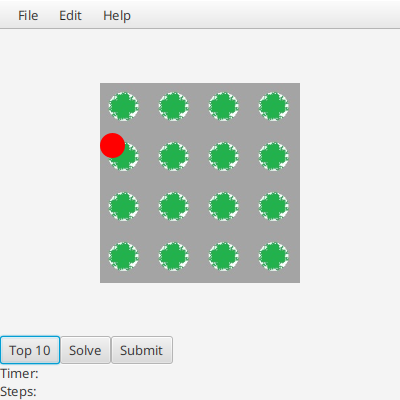
Repository: evspecktor/ptm2_5
Program's window: java eclipse-workspace1/PipeFX/src/view/Main.java
An editor plug-in stored every save of this project. The program's window is shown before and after the next save, followed by the edit.
It runs on Java 21 on a 1366 x 768 screen with JavaFX 11; the title bar is not drawn. The picture is taken after one second of simulated time with no key pressed. It also reads eclipse-workspace1/PipeFX/resources/Pipes/pipeg.jpg.

Above is the program's window before, as saved 2018-12-15 20:05:56.

### eclipse-workspace1/PipeFX/src/view/Main.java
package view;

import javafx.application.Application;
import javafx.stage.Stage;
import javafx.scene.Scene;
import javafx.scene.layout.BorderPane;
import javafx.fxml.FXMLLoader;


public class Main extends Application {
	@Override
	public void start(Stage primaryStage) {
		try {
			BorderPane root = (BorderPane)FXMLLoader.load(getClass().getResource("MainWindow.fxml"));
			Scene scene = new Scene(root,400,400);
			scene.getStylesheets().add(getClass().getResource("application.css").toExternalForm());
			primaryStage.setScene(scene);
			primaryStage.show();
		} catch(Exception e) {
			e.printStackTrace();
		}
	}

	public static void main(String[] args) {
		launch(args);
	}
}

### eclipse-workspace1/PipeFX/src/view/PipeGameDisplayer.java
package view;

import java.io.FileInputStream;
import java.io.FileNotFoundException;

import javafx.beans.property.SimpleStringProperty;
import javafx.beans.property.StringProperty;
import javafx.scene.canvas.Canvas;
import javafx.scene.canvas.GraphicsContext;
import javafx.scene.image.Image;
import javafx.scene.paint.Color;

public class PipeGameDisplayer extends Canvas{

	char[][] pipeBoard;

	char LU = '|';
	char CLD = 'L';
	char CLU= 'r';
	char CRU = '7';
	char CRD = 'J';
	char LS = '-';
	char Start = 's';
	char Goal = 'g';

	int cCol,cRow;
	int x,y;

	public PipeGameDisplayer()
	{
		picFileName = new SimpleStringProperty();
		pipeg = new SimpleStringProperty();
		cCol = 0;
		cRow = 1;
	}


	public char getPipe(int x, int y) {
		return pipeBoard[x][y];
	}


	public int getcRow() {
		return cRow;
	}

	public int getcCol() {
		return cCol;
	}

	public void setcPoition(int row, int col) {
		cRow = row;
		cCol = col;
		redraw();
	}

	private StringProperty picFileName;
	private StringProperty pipeg;

	public String getPipeg() {
		return pipeg.get();
	}


	public void setPipeg(String pipeg) {
		this.pipeg.set(pipeg);
	}

	public String getPicFileName() {
		return picFileName.get();
	}

	public void setPicFileName(String picFileName) {
		this.picFileName.set(picFileName);
	}


	public char[][] getPipeBoard() {
		return pipeBoard;
	}

	public void setPipeBoard(char[][] pipeData) {
		this.pipeBoard = pipeData;
		redraw();
	}

	public void redraw()
	{
		if (pipeBoard != null)
		{
			double W = getWidth();
			double H = getHeight();
			double w = W / pipeBoard[0].length;
			double h = H / pipeBoard.length;

			GraphicsContext gc = getGraphicsContext2D();

			Image picg = null;
			System.out.println(picFileName.get() + pipeg.get());
			picg = new Image(picFileName.get() + pipeg.get());

			System.out.println(picFileName.get() + pipeg.get());

			gc.clearRect(0, 0, W, H);

			for (int i = 0; i < pipeBoard.length ; i++ )
			{
				for ( int j = 0 ; j < pipeBoard[i].length; j++)
				{
					if (pipeBoard[i][j] != 0)
					{
						if (picg == null)
						{
							gc.fillRect(w*j, h*i, w, h);
						}
						else
						{
							gc.drawImage(picg, w*j, h*i, w, h);
						}
					}
				}
			}
			gc.setFill(Color.RED);
			gc.fillOval(cCol*w, cRow*h, w/2, h/2);

		}
	}
}

### eclipse-workspace1/PipeFX/src/view/MainWindowController.java
package view;

import java.io.File;
import java.net.URL;
import java.util.ResourceBundle;

import javafx.event.EventHandler;
import javafx.fxml.FXML;
import javafx.fxml.Initializable;
import javafx.scene.input.KeyCode;
import javafx.scene.input.KeyEvent;
import javafx.scene.input.MouseEvent;
import javafx.stage.FileChooser;


public class MainWindowController implements Initializable{

	char[][] pipeData= {
			{'s','-','-','7'},
			{' ',' ',' ','|'},
			{' ','r','-','J'},
			{' ','L','-','g'}
	};

	@FXML
	PipeGameDisplayer pipeDisplayer;

	@Override
	public void initialize(URL location, ResourceBundle resources) {
		pipeDisplayer.setPipeBoard(pipeData);

		pipeDisplayer.addEventFilter(MouseEvent.MOUSE_CLICKED, (e)->pipeDisplayer.requestFocus());

		pipeDisplayer.setOnMousePressed(new EventHandler<MouseEvent>() {

			@Override
			public void handle(MouseEvent event) {
				int y = (int)event.getX();
				int x = (int)event.getY();

				y = y / (int)pipeDisplayer.getw();
				x = x / (int)pipeDisplayer.geth();

				System.out.println("x: " + x + "y: " + y);

				char PipeType = pipeDisplayer.getPipe(x, y);

				System.out.println("PipeType: " + PipeType);

				switch (PipeType) {
				case 's':
					pipeDisplayer.pipeBoard[x][y] = 's';
					pipeDisplayer.redraw();
					break;
				case 'L':
					pipeDisplayer.pipeBoard[x][y] = 'r';
					pipeDisplayer.redraw();
					break;
				case 'r':
					pipeDisplayer.pipeBoard[x][y] = '7';
					pipeDisplayer.redraw();
					break;
				case '7':
					pipeDisplayer.pipeBoard[x][y] = 'J';
					pipeDisplayer.redraw();
					break;
				case 'J':
					pipeDisplayer.pipeBoard[x][y] = 'L';
					pipeDisplayer.redraw();
					break;
				case 'g':
					pipeDisplayer.pipeBoard[x][y] = 'g';
					break;
				case '-':
					pipeDisplayer.pipeBoard[x][y] = '|';
					pipeDisplayer.redraw();
					break;
				case '|':
					pipeDisplayer.pipeBoard[x][y] = '-';
					pipeDisplayer.redraw();
					break;
				default:
					break;
			}

		}
	});
}




	public void LoadLevel()
	{
		FileChooser fc = new FileChooser();

		fc.setTitle("choose file");
		fc.setInitialDirectory(new File("./reasources"));

		File chosen = fc.showOpenDialog(null);
		if (chosen != null)
		{
			System.out.println(chosen.getName());
		}
	}

	public void SaveLevel()
	{

	}

	public void LoadServerConfiguration()
	{

	}

	public void ChooseTheme()
	{

	}

	public void Submit()
	{

	}

	public void Solve()
	{

	}

	public void Top10()
	{

	}

	public void Timer()
	{

	}

	public void Steps()
	{

	}
}

### eclipse-workspace1/PipeFX/src/view/MainWindow.fxml
<?xml version="1.0" encoding="UTF-8"?>

<?import javafx.scene.canvas.Canvas?>
<?import javafx.scene.control.Button?>
<?import javafx.scene.control.Label?>
<?import javafx.scene.control.Menu?>
<?import javafx.scene.control.MenuBar?>
<?import javafx.scene.control.MenuItem?>
<?import javafx.scene.layout.BorderPane?>
<?import javafx.scene.layout.HBox?>
<?import javafx.scene.layout.VBox?>
<?import view.PipeGameDisplayer?>


<BorderPane xmlns:fx="http://javafx.com/fxml/1" xmlns="http://javafx.com/javafx/8.0.171" fx:controller="view.MainWindowController">
   <top>
      <MenuBar BorderPane.alignment="CENTER">
        <menus>
          <Menu mnemonicParsing="false" text="File">
            <items>
              <MenuItem mnemonicParsing="false" text="Load Level" />
                  <MenuItem mnemonicParsing="false" text="Save Level" />
                  <MenuItem mnemonicParsing="false" text="Server Configuration" />
            </items>
          </Menu>
          <Menu mnemonicParsing="false" text="Edit">
            <items>
              <MenuItem mnemonicParsing="false" text="Choose Theme..." />
            </items>
          </Menu>
          <Menu mnemonicParsing="false" text="Help">
            <items>
              <MenuItem mnemonicParsing="false" text="About" />
            </items>
          </Menu>
        </menus>
      </MenuBar>
   </top>
   <center>
      <!-- Canvas height="200.0" width="245.0" BorderPane.alignment="CENTER" /> -->
      <PipeGameDisplayer fx:id="pipeDisplayer" height="200.0" width="200.0" BorderPane.alignment="CENTER" picFileName="./resources/Pipes/" pipeg="pipeg.jpg" />
   </center>
   <bottom>
      <VBox BorderPane.alignment="CENTER">
         <children>
            <HBox>
               <children>
                  <Button alignment="CENTER" mnemonicParsing="false" text="Top 10" textAlignment="CENTER" />
                  <Button mnemonicParsing="false" text="Solve" />
                  <Button mnemonicParsing="false" text="Submit" />
               </children>
            </HBox>
            <Label text="Timer:" />
            <Label text="Steps:" />
         </children>
      </VBox>
   </bottom>
</BorderPane>

Loaded but not shown: eclipse-workspace1/PipeFX/src/view/application.css (common file)

After the next save:
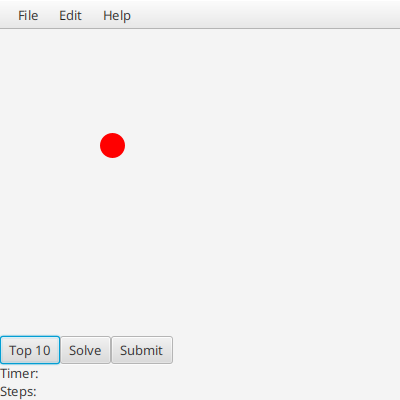
Saved 2 min 14 s later.
--- a/eclipse-workspace1/PipeFX/src/view/PipeGameDisplayer.java
+++ b/eclipse-workspace1/PipeFX/src/view/PipeGameDisplayer.java
@@ -97,7 +97,7 @@
 
 			Image picg = null;
 			System.out.println(picFileName.get() + pipeg.get());
-			picg = new Image(picFileName.get() + pipeg.get());
+			picg = new Image(picFileName.get());
 
 			System.out.println(picFileName.get() + pipeg.get());
 

After the 4 saves that followed:
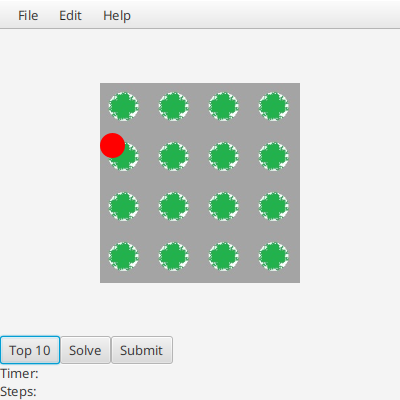
The 4 saves are shown as one change because 2 did not build or start and 1 left the picture as it was.
The last was saved 5 min 3 s later.
--- a/eclipse-workspace1/PipeFX/src/view/PipeGameDisplayer.java
+++ b/eclipse-workspace1/PipeFX/src/view/PipeGameDisplayer.java
@@ -97,9 +97,14 @@
 
 			Image picg = null;
 			System.out.println(picFileName.get() + pipeg.get());
-			picg = new Image(picFileName.get());
+			try {
+				picg = new Image(new FileInputStream(picFileName.get()+pipeg.get()));
+			} catch (FileNotFoundException e) {
+				// TODO Auto-generated catch block
+				e.printStackTrace();
+			}
 
-			System.out.println(picFileName.get() + pipeg.get());
+			System.out.println(picFileName.get());
 
 			gc.clearRect(0, 0, W, H);
 
